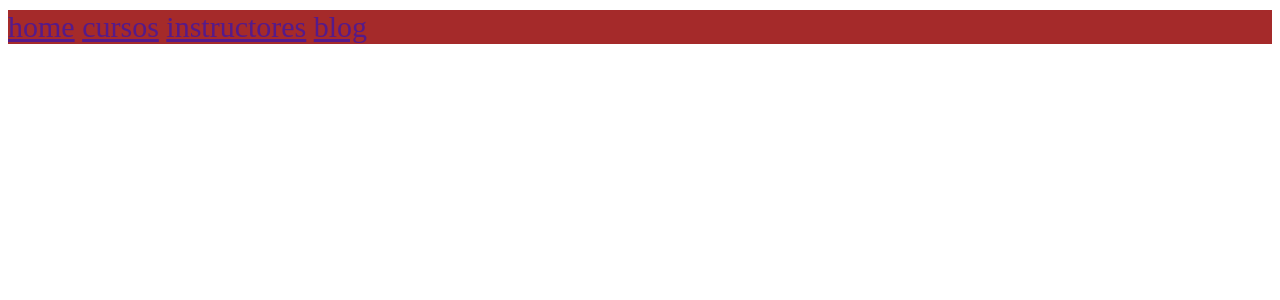
Repository: Daniel009980/daniel0099980
Page: pseudoclase/index.html
These files come from the project's save history. The page is drawn as it stood at one moment and after the next save; the edit follows.
The browser window is 1280 px wide. The pictures show the whole page.

Above is the page before, as saved 2022-09-12 18:46:18.

### pseudoclase/index.html
<!DOCTYPE html>
<html lang="en">
<head>
    <meta charset="UTF-8">
    <meta http-equiv="X-UA-Compatible" content="IE=edge">
    <meta name="viewport" content="width=device-width, initial-scale=1.0">
    <title>Document</title>
    <link rel="stylesheet" href="style.css">
</head>
<body>
<header>
    <nav>
        <ul class="main-nav">
            <li class="main-nav__item"><a href="">home</a></li>
            <li class="main-nav__item"><a href="">cursos</a></li>
            <li class="main-nav__item"><a href="">instructores</a></li>
            <li class="main-nav__item"><a href="">blog</a></li>
        </ul>
    </nav>
</header>
</body>
</html>

### pseudoclase/style.css
.main-nav{
    font-size: 30px;
    margin-top: 10px;   /* el margin es el tamaño de la caja queu esta utilizando la lista de ul y lo podemos modificar con ese comando  */
    list-style: none;
    padding-left: 0px;    /*  el paddin es el tamaño que esta ocupando el texto dentro de la caja de la lista y cuando lo quitamos estamos quitando el espacio que estaria ocupando las viñetas por ejemplo */
    background-color: brown;

}

.main-nav__item{
    display: inline-block;

}

After the next save:
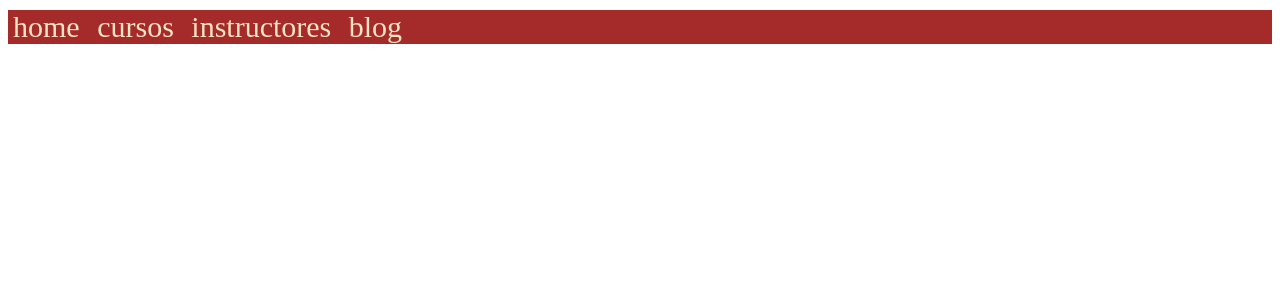
Saved 108 s later.
--- a/pseudoclase/style.css
+++ b/pseudoclase/style.css
@@ -9,5 +9,11 @@
 
 .main-nav__item{
     display: inline-block;
+}
 
+.main-nav__item a {                 /* con la nos referimos a todos los elementos con etiqueta a que se encuentran en esa clase */
+color: bisque;
+padding: 5px;
+border-radius: 2px;
+text-decoration: none;
 }
